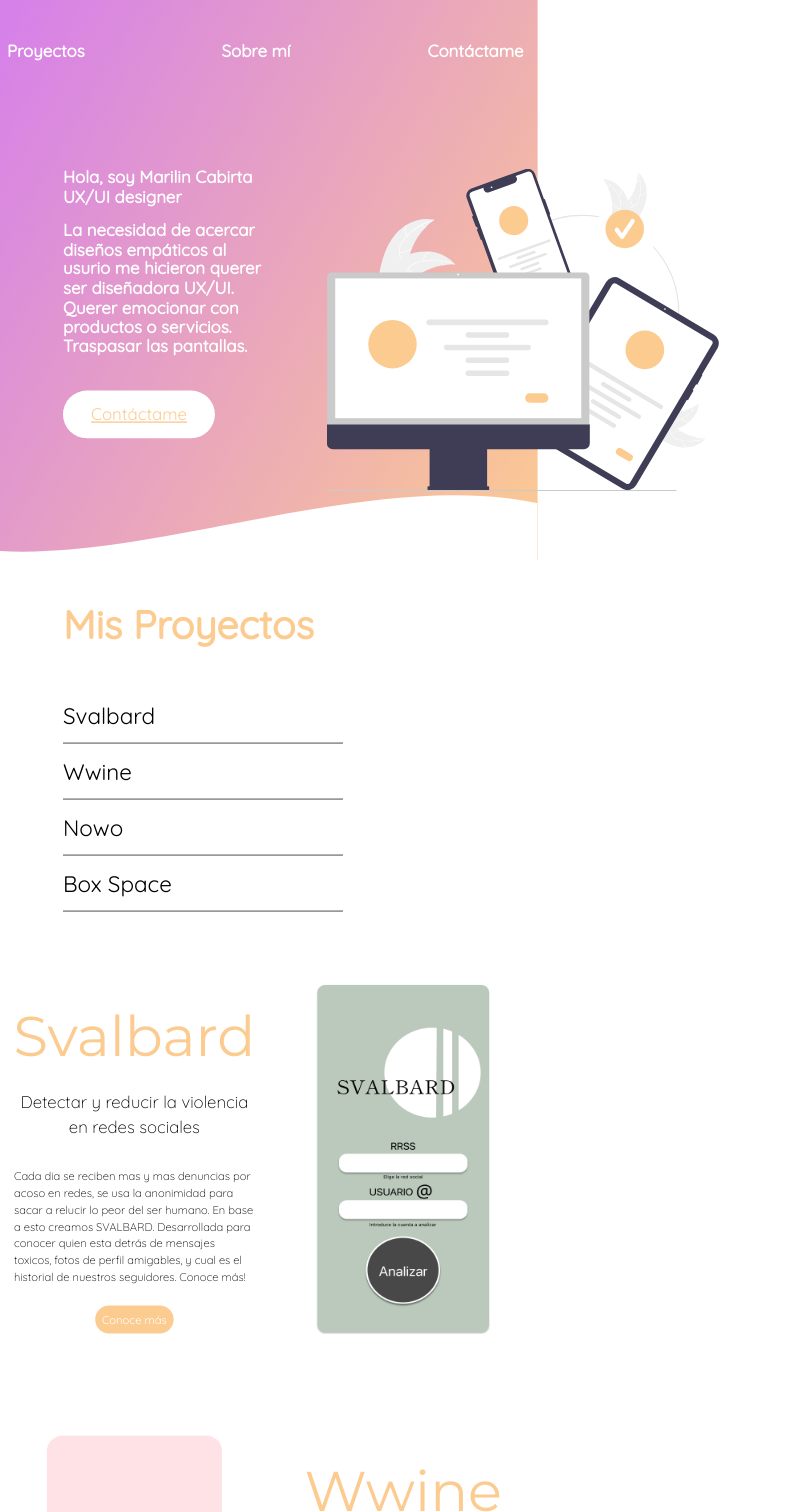
Repository: Marilyncabirta/portfolioHTML
Page: index.html
The author's editor kept a copy of each file at every save. The page is drawn from the files as they stood at one save, then again after the next save.
The browser window is 768 px wide. The page is 1147 px wide, so the pictures cover 1147 px, including what lies to the right of the window. The pictures show the part of the page from y = 0 to 2160 px (the page is 4265 px tall), at 70% of full size.
Backgrounds fixed to the window are drawn as part of the page. Some web libraries are served in a nearby version.

Above is the page before, as saved 2022-12-16 12:44:07.

After the next save:
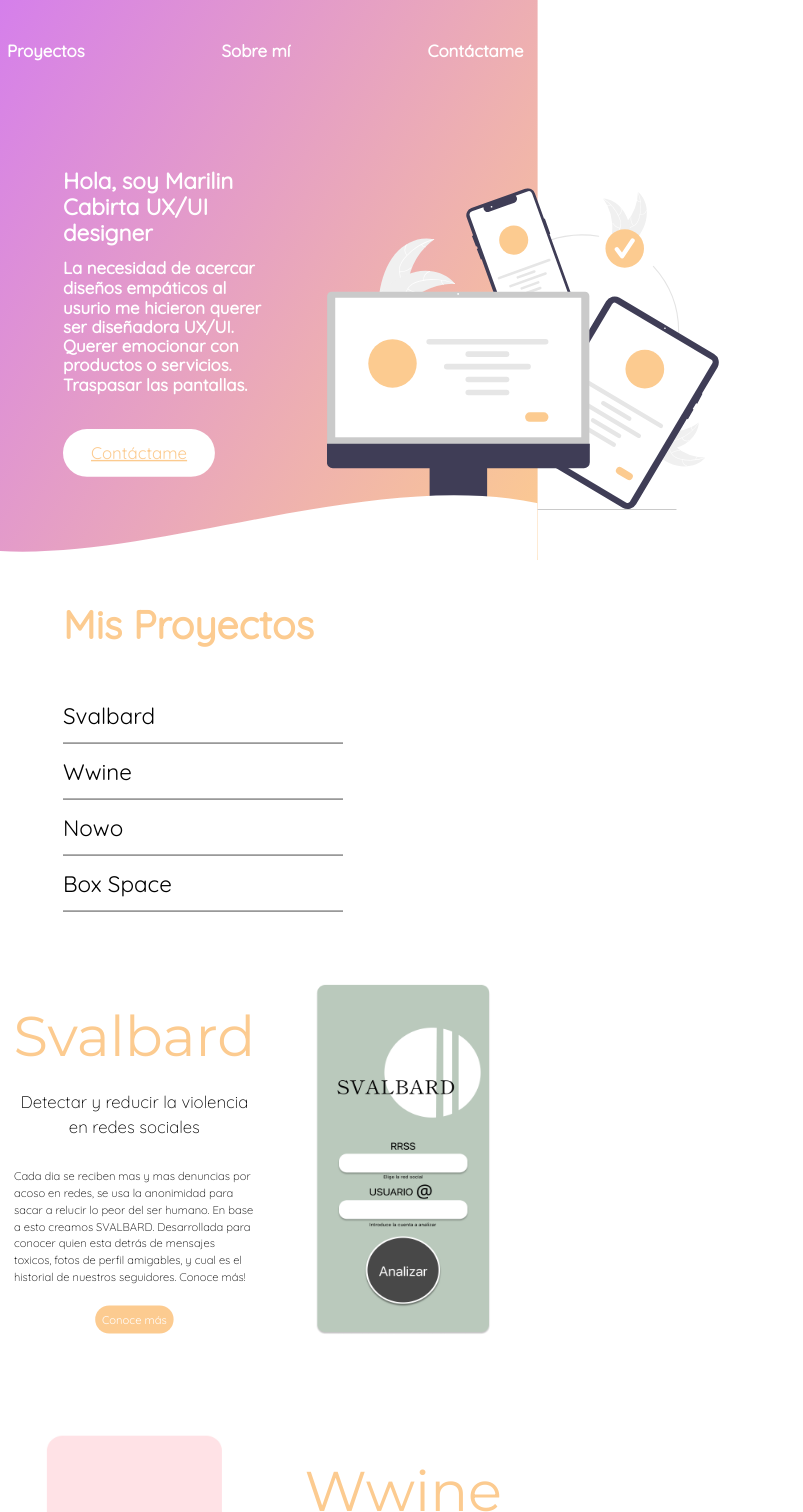
Saved 4 s later.
--- a/css/estilos.css
+++ b/css/estilos.css
@@ -376,7 +376,7 @@ text-decoration: underline;
             margin-bottom: 80px;
         }
         .hero__title{
-            font-size: 1.5rem;
+            font-size: 2rem;
             margin-bottom: 20px;
         }
 
